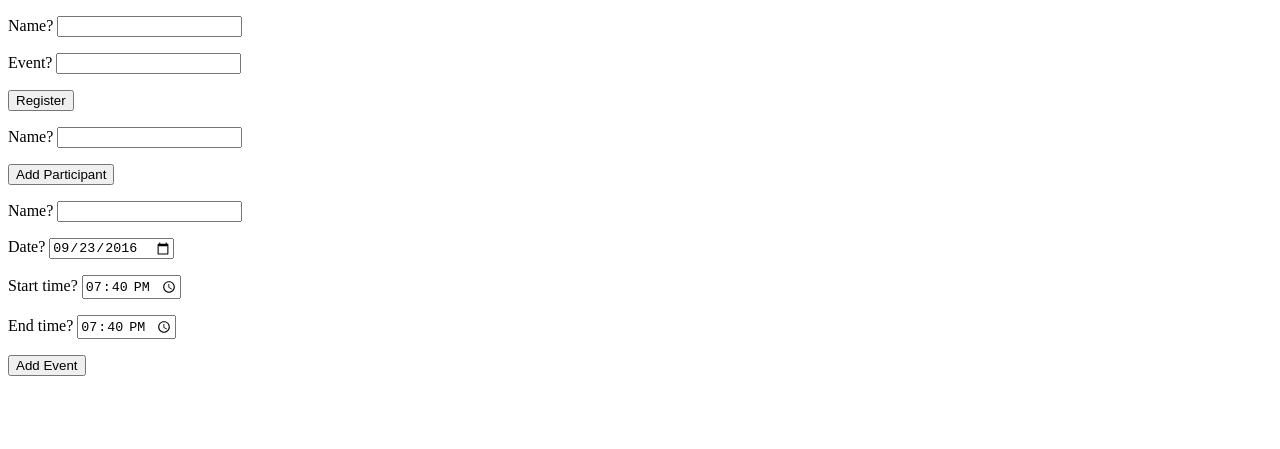
Repository: couttsb/Assignment1
Page: http://localhost/
The author's editor kept a copy of each file at every save. The page is drawn from the files as they stood at one save, then again after the next save.
The browser window is 1280 px wide. The pictures show the whole page.
The page is run by PHP 8.4 with error messages shown; the project is at /var/www/html/.

Above is the page before, as saved 2016-09-28 04:55:00.

### Online/EventRegistration/index.php
<!DOCTYPE html>
<html>
	<head>
		<meta charset="UTF-8">
		<title>Event Registration</title>
		<style>
			.error {color: #FF0000;}
		</style>
	</head>
	<body>
		<?php
		require_once "Model/Registration.php";
		?>
		<form action="register.php" method="post">
			<p>Name? <input type="text" name="participant_name" />
			<p>Event? <input type="text" name="event_name" />
			<span class="error">
			<?php
			if (isset($_POST['participantspinner'])) {
				$participant = $_POST['participantspinner'];
			}
			if (isset($_POST['eventspinner'])) {
				$event = $_POST['eventspinner'];
			}
			if (isset($_SESSION['errorRegister']) && !empty($_SESSION['errorRegister'])) {
				echo " * " . $_SESSION["errorRegister"];
			}
			?>
			</span>
			<p><input type="submit" value="Register"/></p>
		</form>

		<?php
		require_once "Model/Participant.php";

		session_start();

		?>
		<form action="addparticipant.php" method="post">
			<p>Name? <input type="text" name="participant_name" />
			<span class="error">
			<?php
			if (isset($_SESSION['errorParticipantName'])&& !empty($_SESSION['errorParticipantName'])) {
				echo " * " . $_SESSION["errorParticipantName"];
			}
			?>
			</span></p>
			<p><input type="submit" value="Add Participant"/></p>
		</form>

		<?php
		require_once "Model/Event.php";
		?>
		<form action="addevent.php" method="post">
			<p>Name? <input type="text" name="event_name" />
			<span class="error">
			<?php
			if (isset($_SESSION['errorEventName'])&& !empty($_SESSION['errorEventName'])) {
				echo " * " . $_SESSION["errorEventName"];
			}
			?>
			</span></p>
			<p>Date? <input type="date" name="event_date" value="<?php echo date('Y-m-d'); ?>" /></p>
			<p>Start time? <input type="time" name="starttime" value="<?php echo date('H:i'); ?>" /></p>
			<p>End time? <input type="time" name="endtime" value="<?php echo date('H:i'); ?>" /></p>
			<p><input type="submit" value="Add Event"/></p>
		</form>
	</body>
</html>

### Online/EventRegistration/Model/Registration.php
<?php

/*PLEASE DO NOT EDIT THIS CODE*/
/*This code was generated using the UMPLE 1.24.0-7aed471 modeling language!*/

class Registration
{

//------------------------
// STATIC VARIABLES
//------------------------

private static $nextId = 1;

//------------------------
// MEMBER VARIABLES
//------------------------

//Autounique Attributes
private $id;

//Registration Associations
private $participant;
private $event;

//------------------------
// CONSTRUCTOR
//------------------------

public function __construct($aParticipant, $aEvent)
{
$this->id = self::$nextId++;
if (!$this->setParticipant($aParticipant))
{
throw new Exception("Unable to create Registration due to aParticipant");
}
if (!$this->setEvent($aEvent))
{
throw new Exception("Unable to create Registration due to aEvent");
}
}

//------------------------
// INTERFACE
//------------------------

public function getId()
{
return $this->id;
}

public function getParticipant()
{
return $this->participant;
}

public function getEvent()
{
return $this->event;
}

public function setParticipant($aNewParticipant)
{
$wasSet = false;
if ($aNewParticipant != null)
{
$this->participant = $aNewParticipant;
$wasSet = true;
}
return $wasSet;
}

public function setEvent($aNewEvent)
{
$wasSet = false;
if ($aNewEvent != null)
{
$this->event = $aNewEvent;
$wasSet = true;
}
return $wasSet;
}

public function equals($compareTo)
{
return $this == $compareTo;
}

public function delete()
{
$this->participant = null;
$this->event = null;
}
}
?>

### Online/EventRegistration/Model/Participant.php
<?php
/*PLEASE DO NOT EDIT THIS CODE*/
/*This code was generated using the UMPLE 1.24.0-d60c319 modeling language!*/

class Participant
{

//------------------------
// MEMBER VARIABLES
//------------------------

//Participant Attributes
private $name;

//------------------------
// CONSTRUCTOR
//------------------------

public function __construct($aName)
{
$this->name = $aName;
}

//------------------------
// INTERFACE
//------------------------

public function setName($aName)
{
$wasSet = false;
$this->name = $aName;
$wasSet = true;
return $wasSet;
}

public function getName()
{
return $this->name;
}

public function equals($compareTo)
{
return $this == $compareTo;
}

public function delete()
{}
}
?>

### Online/EventRegistration/Model/Event.php
<?php

/*PLEASE DO NOT EDIT THIS CODE*/
/*This code was generated using the UMPLE 1.24.0-7aed471 modeling language!*/

class Event
{

//------------------------
// MEMBER VARIABLES
//------------------------

//Event Attributes
private $name;
private $eventDate;
private $startTime;
private $endTime;

//------------------------
// CONSTRUCTOR
//------------------------

public function __construct($aName, $aEventDate, $aStartTime, $aEndTime)
{
$this->name = $aName;
$this->eventDate = $aEventDate;
$this->startTime = $aStartTime;
$this->endTime = $aEndTime;
}

//------------------------
// INTERFACE
//------------------------

public function setName($aName)
{
$wasSet = false;
$this->name = $aName;
$wasSet = true;
return $wasSet;
}

public function setEventDate($aEventDate)
{
$wasSet = false;
$this->eventDate = $aEventDate;
$wasSet = true;
return $wasSet;
}

public function setStartTime($aStartTime)
{
$wasSet = false;
$this->startTime = $aStartTime;
$wasSet = true;
return $wasSet;
}

public function setEndTime($aEndTime)
{
$wasSet = false;
$this->endTime = $aEndTime;
$wasSet = true;
return $wasSet;
}

public function getName()
{
return $this->name;
}

public function getEventDate()
{
return $this->eventDate;
}

public function getStartTime()
{
return $this->startTime;
}

public function getEndTime()
{
return $this->endTime;
}

public function equals($compareTo)
{
return $this == $compareTo;
}

public function delete()
{}
}
?>

After the next save:
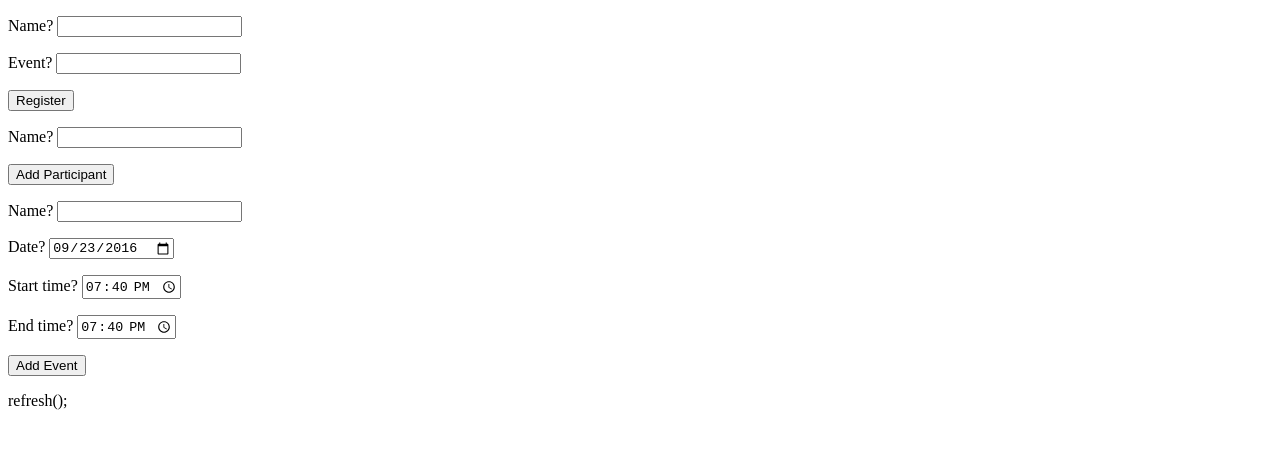
Saved 25 s later.
--- a/Online/EventRegistration/index.php
+++ b/Online/EventRegistration/index.php
@@ -66,4 +66,5 @@
 			<p><input type="submit" value="Add Event"/></p>
 		</form>
 	</body>
+	refresh();
 </html>

After the save that followed:
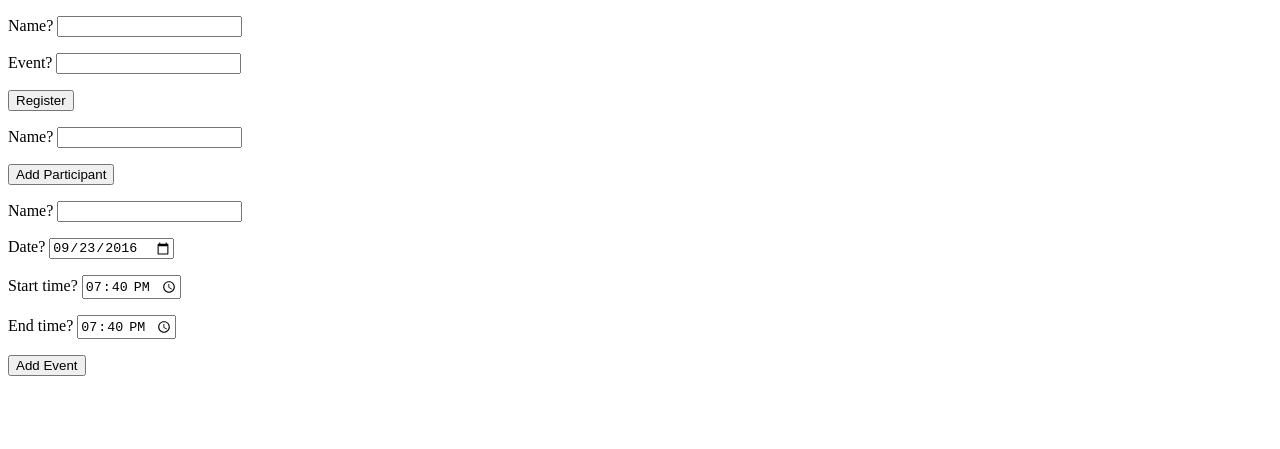
Saved 16 s later.
--- a/Online/EventRegistration/index.php
+++ b/Online/EventRegistration/index.php
@@ -66,5 +66,4 @@
 			<p><input type="submit" value="Add Event"/></p>
 		</form>
 	</body>
-	refresh();
 </html>
